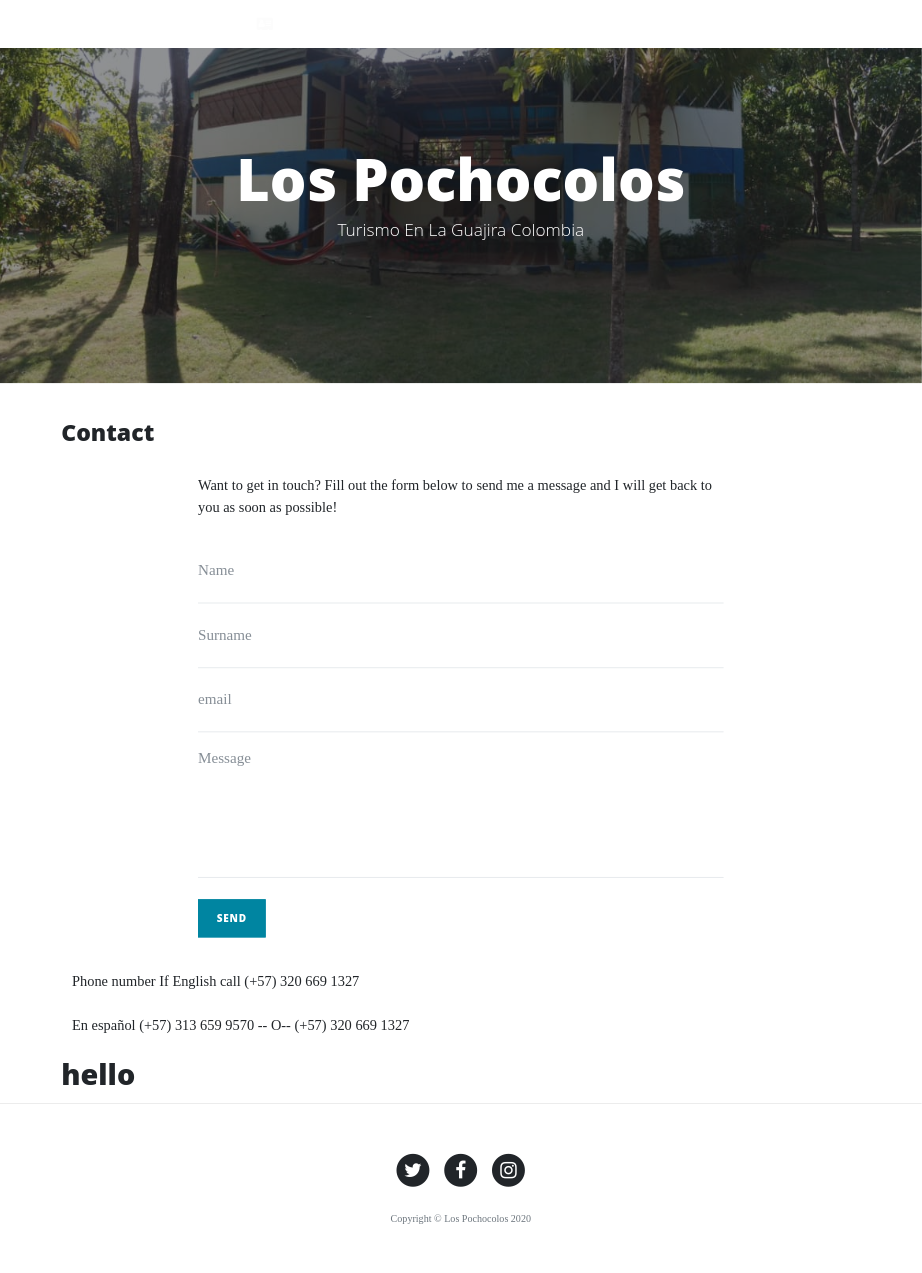
Repository: cachimiro/los-pochoclos
Page: http://localhost/contact
The author's editor kept a record of every edit. The page is drawn from the files as they stood at one moment, then again after the next edit.
The browser window is 1280 px wide. The pictures show the whole page, at 72% of full size.
Some web libraries are served in a nearby version. The page is served by the project's application, run on Flask 3 (run.py).

Above is the page before.
Console error: ReferenceError: emailjs is not defined

After the next edit:
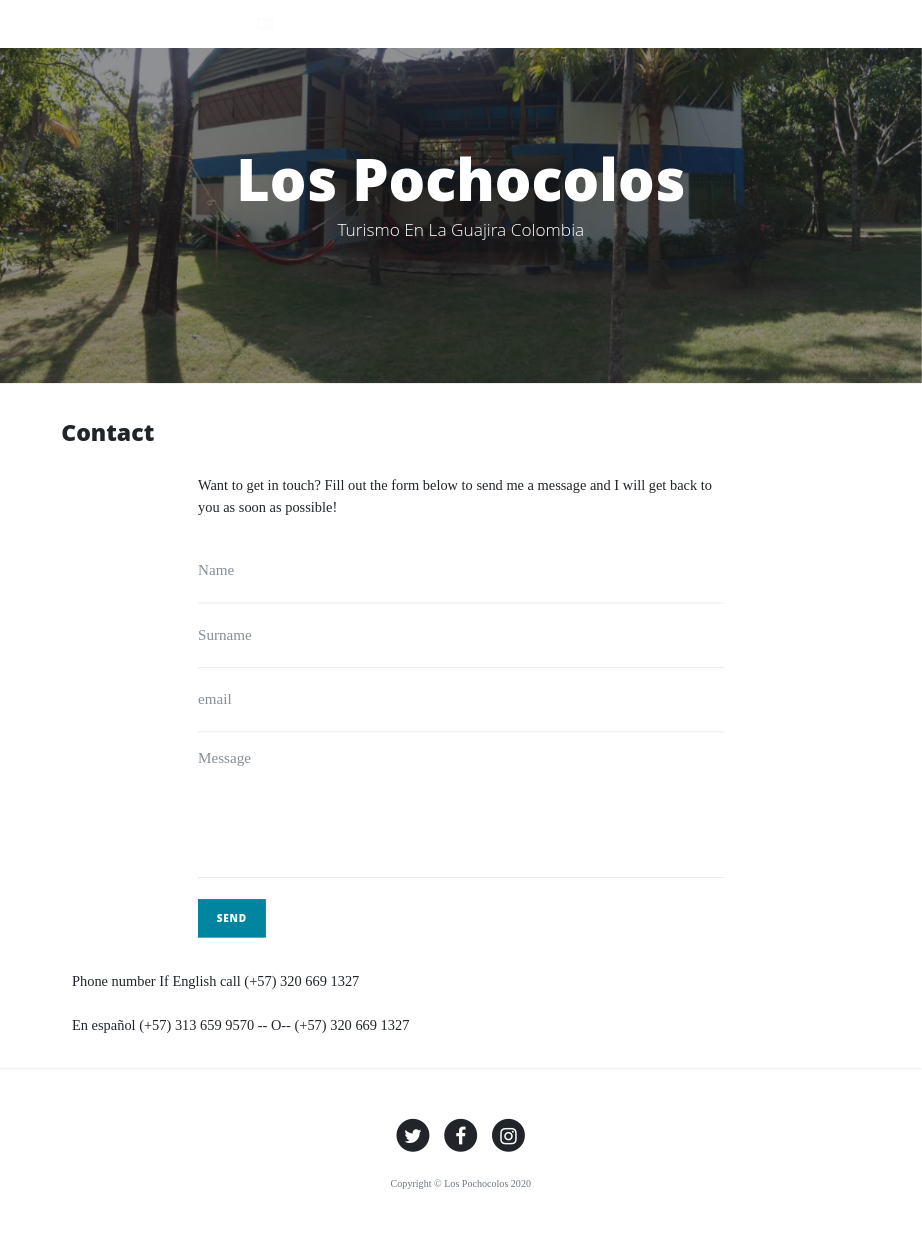
The edit:
--- a/templates/contact.html
+++ b/templates/contact.html
@@ -56,9 +56,7 @@
         </div>
     </div>
 </div>
-<div id="update">
-    <h1>hello</h1>
-</div>
+
 <script>
     var alerts = document.getElementById("update")
     var myform = $("form#emailForm");
